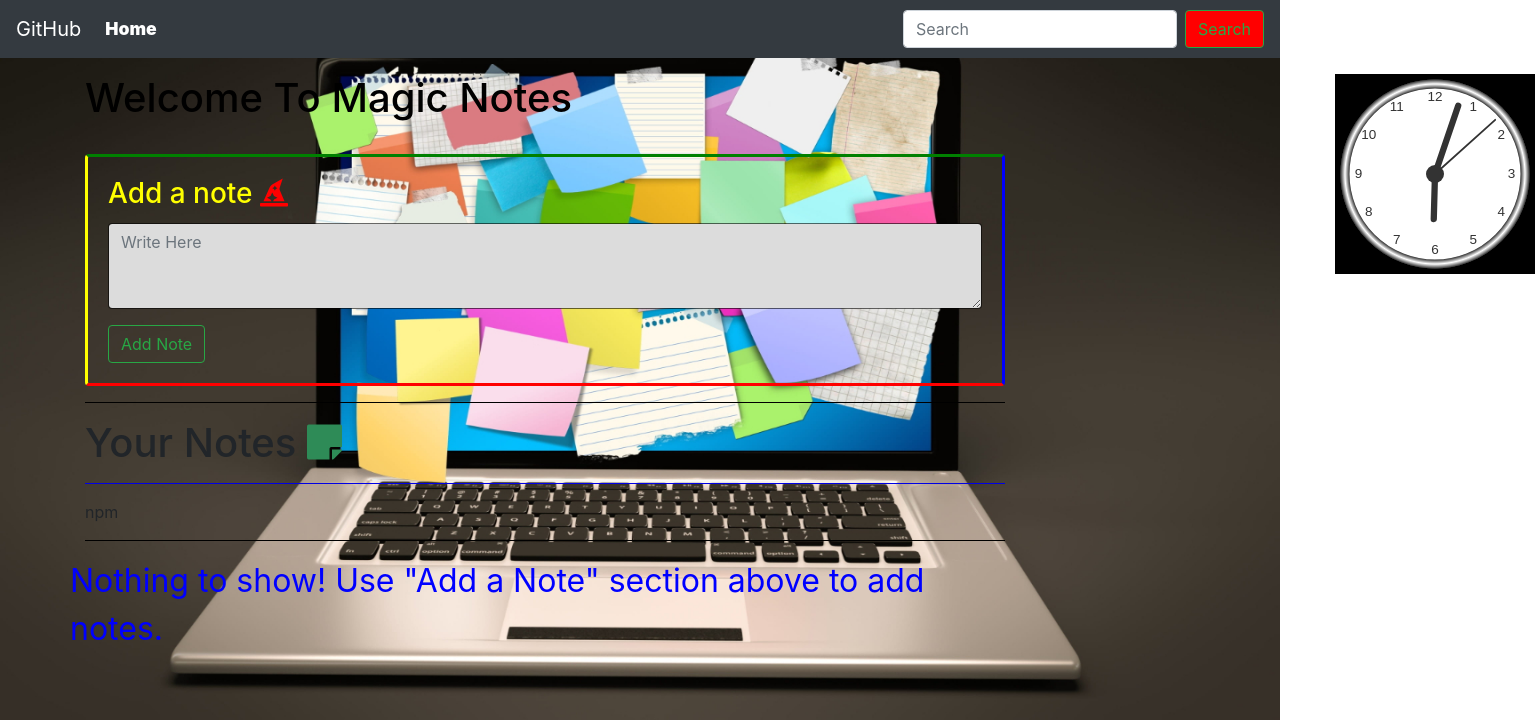
Repository: Prrajainn/Project-MagiCNotes
Page: magicNotes.html
The author's editor kept a copy of each file at every save. The page is drawn from the files as they stood at one save, then again after a run of saves.
The browser window is 1280 px wide. The page is 1535 px wide, so the pictures cover 1535 px, including what lies to the right of the window. The pictures show the whole page.

Above is the page before, as saved 2020-08-11 21:12:12.

### magicNotes.html
<!doctype html>
<html lang="en">

<head>

  <!-- Required meta tags -->
  <meta charset="utf-8">
  <meta name="viewport" content="width=device-width, initial-scale=1, shrink-to-fit=no">

  <!-- Bootstrap CSS -->
  <link rel="stylesheet" href="bootstrap/css/bootstrap.min.css">
  <link rel="stylesheet" href="fontawesome-free-5.13.0-web/css/all.css">
  <link rel="stylesheet" href="CSS/style.css">

  <title> MagiCNotes </title>
  <style>

    body {
      background-image: url("notes2.jpg");

      background-repeat: no-repeat;
      background-size: cover;

    }
  </style>
</head>

<body>

  <nav class="sticky-top navbar navbar-expand-lg navbar-dark bg-dark">
    <a class="navbar-brand" href="https://github.com/Prrajainn">GitHub</a>
    <button class="navbar-toggler" type="button" data-toggle="collapse" data-target="#navbarSupportedContent"
      aria-controls="navbarSupportedContent" aria-expanded="false" aria-label="Toggle navigation">
      <span class="navbar-toggler-icon"></span>
    </button>

    <div class="collapse navbar-collapse" id="navbarSupportedContent">
      <ul class="navbar-nav mr-auto">
        <li class="nav-item active">
          <a class="nav-link" href="magicNotes.html">Home <span class="sr-only">(current)</span></a>
        </li>

      </ul>
      <form class="form-inline my-2 my-lg-0">
        <input class="form-control mr-sm-2" id="searchTxt" type="search" placeholder="Search" aria-label="Search">
        <button style="background-color: red;" class="btn btn-outline-success my-2 my-sm-0"
          type="submit">Search</button>
      </form>
    </div>
  </nav>
  <div class="container my-3">
    <div class="row">
      <div class="col-10">
        <h1 style="color: black">Welcome To Magic Notes</h1>
        <br>
        <div style="border: solid ; background-color: transparent ; border-color:green blue red yellow " class="card">
          <div class="card-body">
            <h3 style="color:yellow;" class="card-title">Add a note <i style="color: red ;"
                class="fas fa-hat-wizard"></i></h3>
            <div class="form-group">

              <textarea placeholder="Write Here"
                style=" border-color: rgba(0, 0, 0, 0.589); background-color: gainsboro; " class="form-control"
                id="addTxt" rows="3"></textarea>
            </div>
            <button class="btn btn-outline-success" id="addBtn">Add Note </button>
          </div>
        </div>
        <hr color="black">
        <h1>Your Notes <i style="color: seagreen;" class="fas fa-sticky-note"></i></h1>
        <hr color="blue">npm
        <hr color="black">
        <div id="notes" class="row container-fluid"></div>
      </div>
      <div class="col-2">
        <canvas id="canvas" width="200" height="200" style="background-color: black; margin-left: 300px;"
    >
      </div>
    </div>
  </div>

    <div class="container" style="position: relative;">
      <div class="row">
        <div class="col-7">
        </div>

      </div>
    </div>




    <script src="bootstrap/js/jquery-3.4.1.slim.min.js"></script>
    <script src="bootstrap/js/popper.min.js"></script>
    <script src="bootstrap/js/bootstrap.min.js"></script>
    <script src="app.js"></script>
    <script src="clock.js"></script>
</body>

</html>

### CSS/style.css
#topheader{
    background-color : blue;
    border-bottom: px solid black;
}
#nocolo{
    color: black;
}
.container-fluid{
    padding-left: 0%;
    padding-right: 0%;
}
nav ul li a{

    font-size: 1.1rem;
    font-weight: 1000 ;
}
/*START OF FOOTER*/
.full-footer{
    background-color:#1e3799;
    width: 100%;
}
.top-footer p{
    color: white;
}
.top-footer a{
 font-weight: 600;
    color: whitesmoke;
}
.top-footer h3{
    color: white;
}
.bottom-footer{
    background-color:teal;
}
.bottom-footer p{
    color: white;
}
/* End of footer*/
.myimage{
    width: 50%;
}
.top-hero{
    background-color: salmon;
}
.sea{
  animation-fill-mode: both;
}

### app.js

console.log("Welcome to notes app. This is app.js");
// Pehle hi show notes islie kiya taaki hamesha pehle dikhaye refresh hone ke baad bhi page
showNotes();

// If user adds a note, add it to the localStorage
let addBtn = document.getElementById("addBtn");
addBtn.addEventListener("click", function(e) {

  let addTxt = document.getElementById("addTxt");
  let notes = localStorage.getItem("notes");
  if (notes == null) {
    notesObj = [];
  } else {
    notesObj = JSON.parse(notes);
  }
  notesObj.push(addTxt.value);
  localStorage.setItem("notes", JSON.stringify(notesObj));
  addTxt.value = "";
//   console.log(notesObj);
  showNotes();
});

// Function to show elements from localStorage
function showNotes() {
  let notes = localStorage.getItem("notes");
  if (notes == null) {
    notesObj = [];
  } else {
    notesObj = JSON.parse(notes);
  }
  let html = "";
  notesObj.forEach(function(element, index) { // element maane andar ka content
    html += `
            <div class="noteCard my-2 mx-2 card" style="width: 18rem;">
                    <div class="card-body">
                        <h5 class="card-title">Note ${index + 1}</h5>
                        <p class="card-text"> ${element}</p>
                        <button id="${index}"onclick="deleteNote(this.id)" class="btn btn-primary">Delete Note</button>
                    </div>
                </div>`;
  });
  let notesElm = document.getElementById("notes");
  if (notesObj.length != 0) {
    notesElm.innerHTML = html;
  } else {//notesElm.setAttribute('style','color: blue' );
  notesElm.setAttribute('style','font-size: 200% ; color: blue' );
    notesElm.innerHTML = `  Nothing to show! Use "Add a Note" section above to add notes.`;
  }
}

// Function to delete a note
function deleteNote(index) {
//   console.log("I am deleting", index);

  let notes = localStorage.getItem("notes");
  if (notes == null) {
    notesObj = [];
  } else {
    notesObj = JSON.parse(notes);
  }

  notesObj.splice(index, 1);
  localStorage.setItem("notes", JSON.stringify(notesObj)); // update kar rhe hein
  showNotes();// firse show kar rhe hein
}


let search = document.getElementById('searchTxt');
search.addEventListener("input", function(){

    let inputVal = search.value.toLowerCase();
    // console.log('Input event fired!', inputVal);
    let noteCards = document.getElementsByClassName('noteCard');
    Array.from(noteCards).forEach(function(element){
        let cardTxt = element.getElementsByTagName("p")[0].innerText;
        if(cardTxt.includes(inputVal)){
            element.style.display = "block";
        }
        else{
            element.style.display = "none";
        }
        // console.log(cardTxt);
    })
})

/*
Further Features:
1. Add Title
2. Mark a note as Important
3. Separate notes by user
4. Sync and host to web server
*/

### clock.js
var canvas = document.getElementById("canvas");
var ctx = canvas.getContext("2d");
var radius = canvas.height / 2;
ctx.translate(radius, radius);
radius = radius * 0.90
setInterval(drawClock, 1000);

function drawClock() {
  drawFace(ctx, radius);
  drawNumbers(ctx, radius);
  drawTime(ctx, radius);
}

function drawFace(ctx, radius) {
  var grad;
  ctx.beginPath();
  ctx.arc(0, 0, radius, 0, 2*Math.PI);
  ctx.fillStyle = 'white';
  ctx.fill();
  grad = ctx.createRadialGradient(0,0,radius*0.95, 0,0,radius*1.05);
  grad.addColorStop(0, '#333');
  grad.addColorStop(0.5, 'white');
  grad.addColorStop(1, '#333');
  ctx.strokeStyle = grad;
  ctx.lineWidth = radius*0.1;
  ctx.stroke();
  ctx.beginPath();
  ctx.arc(0, 0, radius*0.1, 0, 2*Math.PI);
  ctx.fillStyle = '#333';
  ctx.fill();
}

function drawNumbers(ctx, radius) {
  var ang;
  var num;
  ctx.font = radius*0.15 + "px arial";
  ctx.textBaseline="middle";
  ctx.textAlign="center";
  for(num = 1; num < 13; num++){
    ang = num * Math.PI / 6;
    ctx.rotate(ang);
    ctx.translate(0, -radius*0.85);
    ctx.rotate(-ang);
    ctx.fillText(num.toString(), 0, 0);
    ctx.rotate(ang);
    ctx.translate(0, radius*0.85);
    ctx.rotate(-ang);
  }
}

function drawTime(ctx, radius){
    var now = new Date();
    var hour = now.getHours();
    var minute = now.getMinutes();
    var second = now.getSeconds();
    //hour
    hour=hour%12;
    hour=(hour*Math.PI/6)+
    (minute*Math.PI/(6*60))+
    (second*Math.PI/(360*60));
    drawHand(ctx, hour, radius*0.5, radius*0.07);
    //minute
    minute=(minute*Math.PI/30)+(second*Math.PI/(30*60));
    drawHand(ctx, minute, radius*0.8, radius*0.07);
    // second
    second=(second*Math.PI/30);
    drawHand(ctx, second, radius*0.9, radius*0.02);
}

function drawHand(ctx, pos, length, width) {
    ctx.beginPath();
    ctx.lineWidth = width;
    ctx.lineCap = "round";
    ctx.moveTo(0,0);
    ctx.rotate(pos);
    ctx.lineTo(0, -length);
    ctx.stroke();
    ctx.rotate(-pos);
}

Loaded but not shown: bootstrap/css/bootstrap.min.css (library); fontawesome-free-5.13.0-web/css/all.css (library); bootstrap/js/jquery-3.4.1.slim.min.js (library); bootstrap/js/popper.min.js (library); bootstrap/js/bootstrap.min.js (library)

After the next 3 saves:
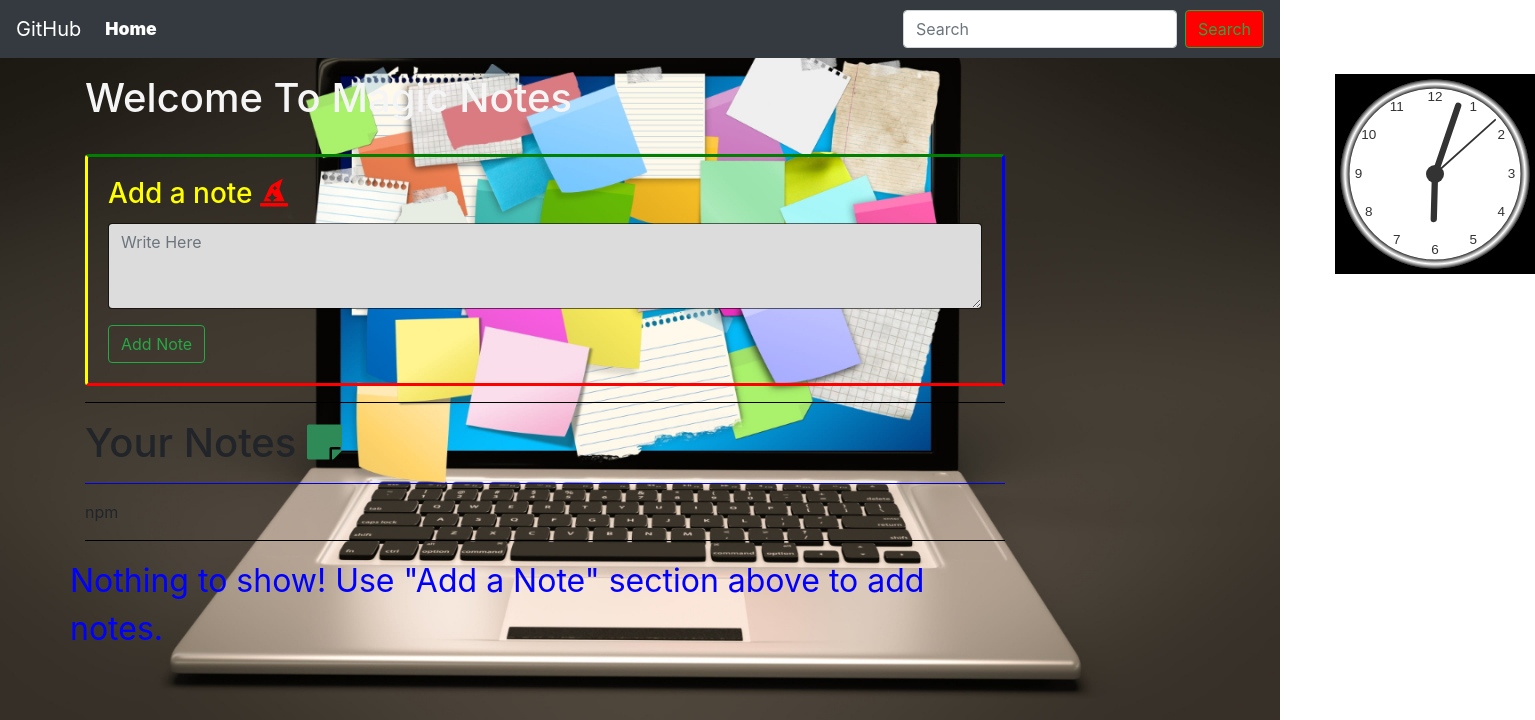
The 3 saves are shown as one change because they came seconds apart.
The last was saved 75 s later.
--- a/magicNotes.html
+++ b/magicNotes.html
@@ -51,7 +51,7 @@
   <div class="container my-3">
     <div class="row">
       <div class="col-10">
-        <h1 style="color: black">Welcome To Magic Notes</h1>
+        <h1 style="color: whitesmoke">Welcome To Magic Notes</h1>
         <br>
         <div style="border: solid ; background-color: transparent ; border-color:green blue red yellow " class="card">
           <div class="card-body">
